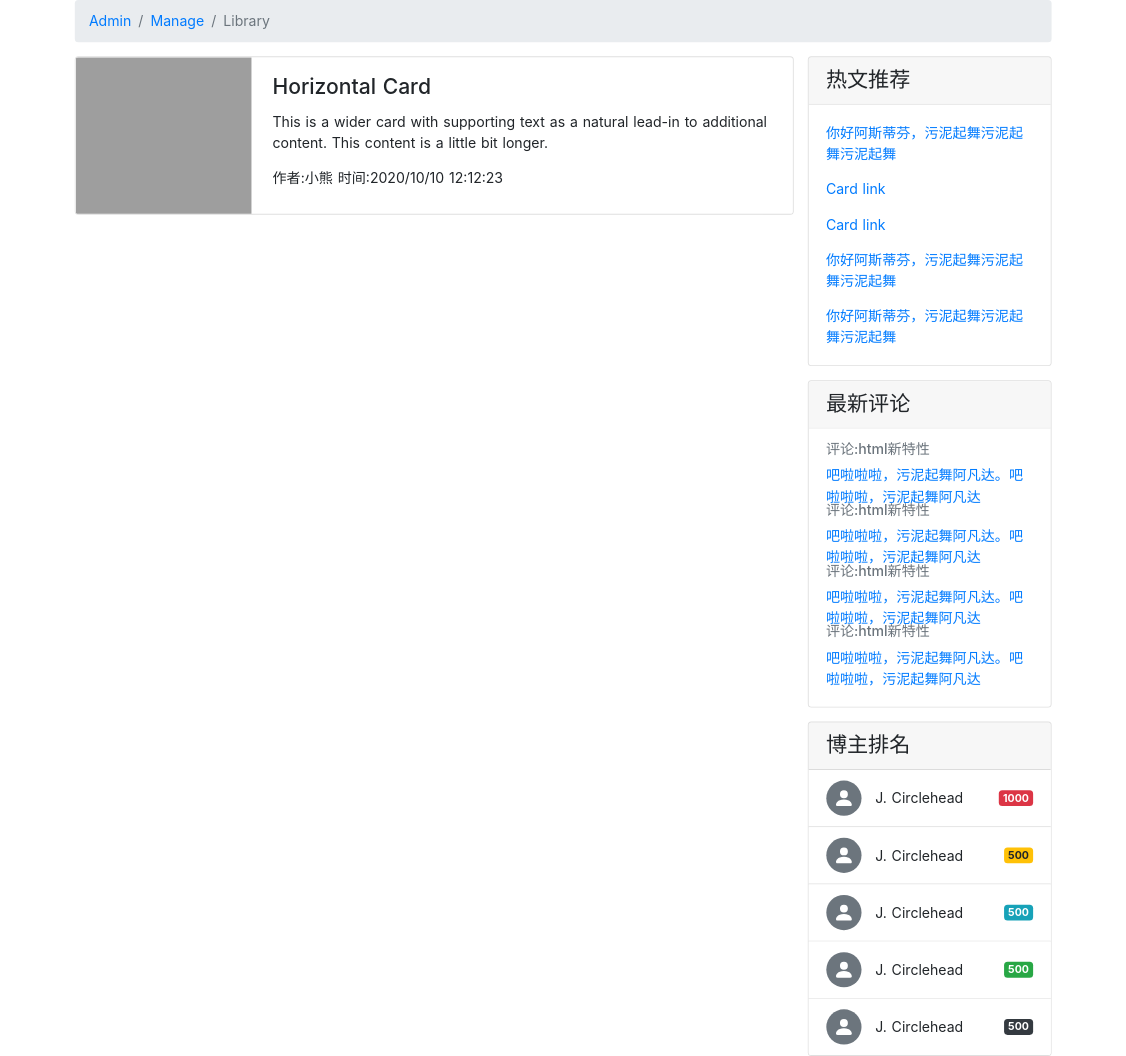
Repository: MTTTM/nuxt-xiaomatata
Page: /
These files come from the project's save history. The page is drawn as it stood at one moment and after the next save; the edit follows.
The browser window is 1280 px wide. The pictures show the part of the page from y = 600 to 1800 px (the page is 1800 px tall), at 88% of full size.
Pictures or frames that could not be fetched are drawn as grey boxes. The project was rebuilt for these pictures with package versions that can differ from the ones it lists, and the page was loaded fresh each time. The framework's server and built-in components were replaced by stand-ins that run in the browser. Also part of the build but not shown: nuxt.config.js, components/Logo.vue, components/aboutMe.vue, components/articleListItem.vue, components/bloggerRanking.vue, components/carouselBox.vue, components/classifyList.vue, components/commentBox.vue and 7 more. Imported but missing from the stored project, and not drawn on this page: components/cmSpinner, mixins/scrollLoad.

Above is the page before, as saved 2021-04-10 12:51:30.

After the next save:
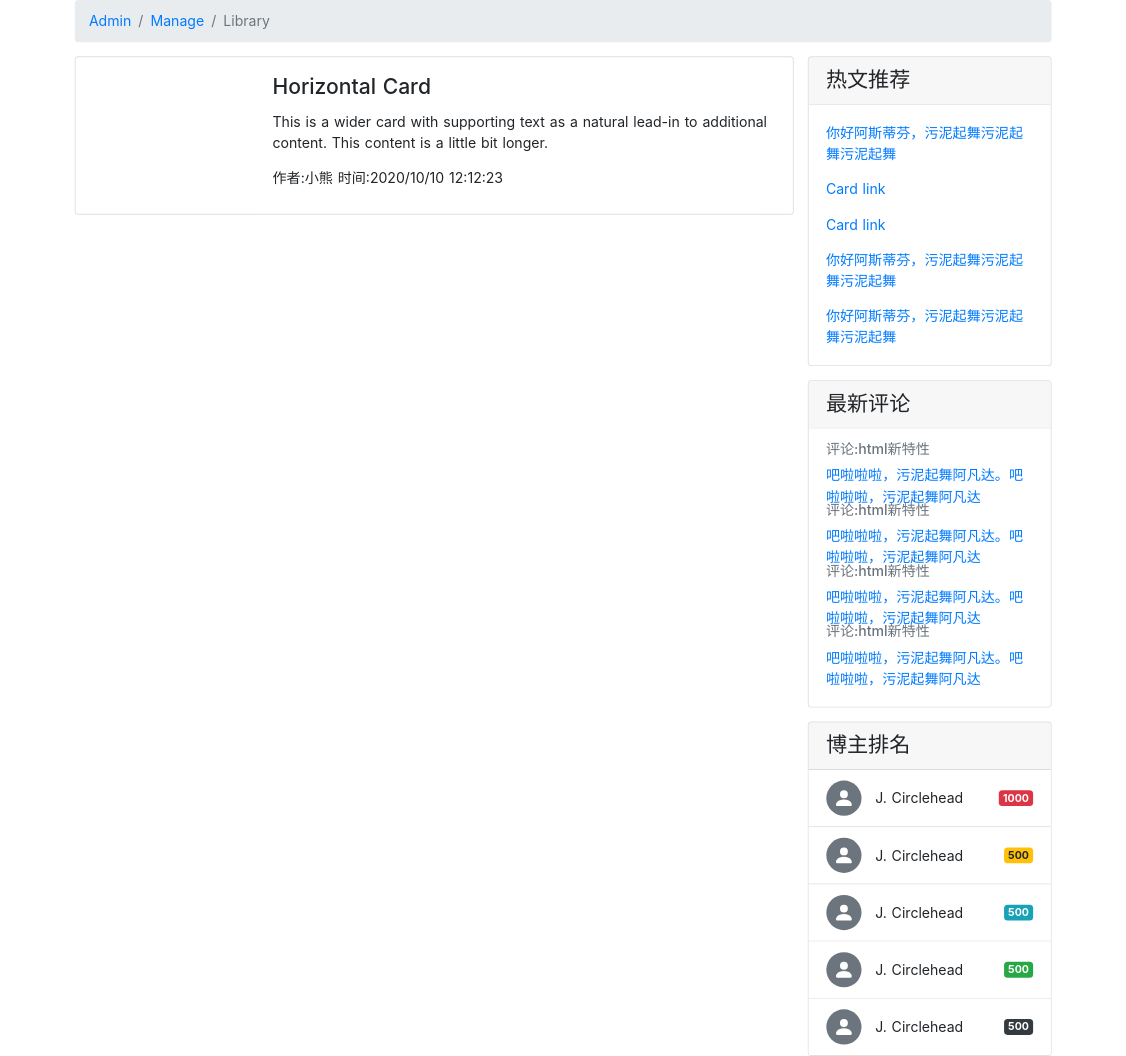
Saved 10 s later.
--- a/pages/index.vue
+++ b/pages/index.vue
@@ -63,11 +63,11 @@
           <b-card no-body class="overflow-hidden card-list-item">
             <b-row no-gutters>
               <b-col md="3">
-                <b-card-img
+                <!-- <b-card-img
                   src="https://picsum.photos/400/400/?image=20"
                   alt="Image"
                   class="rounded-0 cart-list-item-img"
-                ></b-card-img>
+                ></b-card-img> -->
               </b-col>
               <b-col md="9">
                 <b-card-body title="Horizontal Card">
